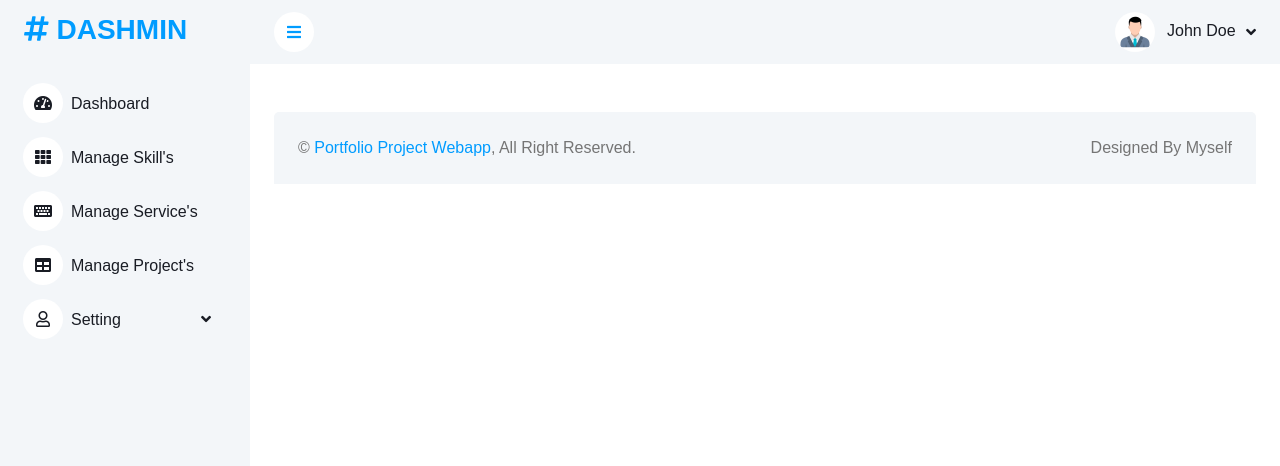
Repository: h4fizm/management-portfolio-project-webapp
Page: resources/views/menu/manage-user.blade.php
These files come from the project's save history. The page is drawn as it stood at one moment and after the next save; the edit follows.
The browser window is 1280 px wide. The pictures show the whole page.
Some web fonts or font styles are not loaded; a fallback is used. Some web libraries are served in a nearby version. The page is served by the project's Laravel application, run on PHP 8.4 with Laravel 12. Other server files are loaded and not shown. The template is opened directly, without the code that normally fills it, so the values that code supplies are empty.

Above is the page before, as saved 2025-01-15 03:15:41.
Console error: TypeError: Cannot read properties of undefined (reading 'getContext')

### routes/web.php
<?php

use Illuminate\Support\Facades\Route;
use App\Http\Controllers\AuthController;
use App\Http\Controllers\DashboardController;
use App\Http\Controllers\ProfileController;

Route::get('/', function () {
    return view('LandingPage');
});

Route::get('/login', [AuthController::class, 'showLoginPage'])->name('login.page');
Route::post('/login', [AuthController::class, 'login'])->name('login');

Route::get('/register', [AuthController::class, 'showRegisterPage'])->name('register.page');
Route::post('/register', [AuthController::class, 'register'])->name('register');

Route::post('/logout', [AuthController::class, 'logout'])->name('logout');

// Lindungi route dashboard dengan middleware auth
Route::get('/dashboard', [DashboardController::class, 'showMainPage'])->middleware('auth')->name('dashboard');
Route::get('/profile', [ProfileController::class, 'showProfilePage'])->middleware('auth')->name('profile');

### resources/views/menu/manage-user.blade.php
@extends('MainPage')
@section('title', 'Manage User')
@section('content')
<div class="container-fluid pt-4 px-4">

</div>
@endsection

### resources/views/MainPage.blade.php
<!DOCTYPE html>
<html lang="en">

<head>
    <meta charset="utf-8">
    <title>@yield('title')</title>
    <meta content="width=device-width, initial-scale=1.0" name="viewport">
    <meta content="" name="keywords">
    <meta content="" name="description">

    <!-- Favicon -->
    <link href="img/favicon.ico" rel="icon">

    <!-- Google Web Fonts -->
    <link rel="preconnect" href="https://fonts.googleapis.com">
    <link rel="preconnect" href="https://fonts.gstatic.com" crossorigin>
    <link href="https://fonts.googleapis.com/css2?family=Heebo:wght@400;500;600;700&display=swap" rel="stylesheet">

    <!-- Icon Font Stylesheet -->
    <link href="https://cdnjs.cloudflare.com/ajax/libs/font-awesome/5.10.0/css/all.min.css" rel="stylesheet">
    <link href="https://cdn.jsdelivr.net/npm/bootstrap-icons@1.4.1/font/bootstrap-icons.css" rel="stylesheet">

    <!-- Libraries Stylesheet -->
    <link href="{{ asset('DashPage/lib/owlcarousel/assets/owl.carousel.min.css')}}" rel="stylesheet">
    <link href="{{ asset('DashPage/lib/tempusdominus/css/tempusdominus-bootstrap-4.min.css')}}" rel="stylesheet" />

    <!-- Customized Bootstrap Stylesheet -->
    <link href="{{ asset('DashPage/css/bootstrap.min.css')}}" rel="stylesheet">

    <!-- Template Stylesheet -->
    <link href="{{ asset('DashPage/css/style.css')}}" rel="stylesheet">
</head>

<body>
    <div class="container-xxl position-relative bg-white d-flex p-0">
        <!-- Spinner Start -->
        <div id="spinner" class="show bg-white position-fixed translate-middle w-100 vh-100 top-50 start-50 d-flex align-items-center justify-content-center">
            <div class="spinner-border text-primary" style="width: 3rem; height: 3rem;" role="status">
                <span class="sr-only">Loading...</span>
            </div>
        </div>
        <!-- Spinner End -->


        <!-- Sidebar Start -->
        @include('partials.sidebar')
        <!-- Sidebar End -->


        <!-- Content Start -->
        <div class="content">
            <!-- Navbar Start -->
            @include('partials.header')
            <!-- Navbar End -->


            <!-- Main Content -->
             @yield('content')
            <!-- End Main Content -->

            <!-- Footer Start -->
             @include('partials.footer')
            <!-- Footer End -->
        </div>
        <!-- Content End -->


        <!-- Back to Top -->
        {{-- <a href="#" class="btn btn-lg btn-primary btn-lg-square back-to-top"><i class="bi bi-arrow-up"></i></a> --}}
    </div>

    <!-- JavaScript Libraries -->
    <script src="https://code.jquery.com/jquery-3.4.1.min.js"></script>
    <script src="https://cdn.jsdelivr.net/npm/bootstrap@5.0.0/dist/js/bootstrap.bundle.min.js"></script>
    <script src="{{ asset('DashPage/lib/chart/chart.min.js')}}"></script>
    <script src="{{ asset('DashPage/lib/easing/easing.min.js')}}"></script>
    <script src="{{ asset('DashPage/lib/waypoints/waypoints.min.js')}}"></script>
    <script src="{{ asset('DashPage/lib/owlcarousel/owl.carousel.min.js')}}"></script>
    <script src="{{ asset('DashPage/lib/tempusdominus/js/moment.min.js')}}"></script>
    <script src="{{ asset('DashPage/lib/tempusdominus/js/moment-timezone.min.js')}}"></script>
    <script src="{{ asset('DashPage/lib/tempusdominus/js/tempusdominus-bootstrap-4.min.js')}}"></script>

    <!-- Template Javascript -->
    <script src="{{ asset('DashPage/js/main.js')}}"></script>
</body>

</html>

### resources/views/partials/sidebar.blade.php
<div class="sidebar pe-4 pb-3">
    <nav class="navbar bg-light navbar-light">
        <a href="{{ route('dashboard') }}" class="navbar-brand mx-4 mb-3">
            <h3 class="text-primary"><i class="fa fa-hashtag me-2"></i>DASHMIN</h3>
        </a>
        <div class="navbar-nav w-100">
            <a href="{{ route('dashboard') }}" class="nav-item nav-link @if(Route::currentRouteName() == 'dashboard') active @endif">
                <i class="fa fa-tachometer-alt me-2"></i>Dashboard
            </a>
            <a href="#" class="nav-item nav-link">
                <i class="fa fa-th me-2"></i>Manage Skill's
            </a>
            <a href="#" class="nav-item nav-link">
                <i class="fa fa-keyboard me-2"></i>Manage Service's
            </a>
            <a href="#" class="nav-item nav-link">
                <i class="fa fa-table me-2"></i>Manage Project's
            </a>
            <div class="nav-item dropdown">
                <a href="#" class="nav-link dropdown-toggle" data-bs-toggle="dropdown">
                    <i class="far fa-user me-2"></i>Setting
                </a>
                <div class="dropdown-menu bg-transparent border-0">
                    <a href="#" class="dropdown-item">Manage User</a>
                    <a href="{{ route('profile') }}" class="dropdown-item @if(Route::currentRouteName() == 'profile') active @endif">My Profile</a>
                </div>
            </div>
        </div>
    </nav>
</div>

### resources/views/partials/header.blade.php
<nav class="navbar navbar-expand bg-light navbar-light sticky-top px-4 py-0">
    <a href="index.html" class="navbar-brand d-flex d-lg-none me-4">
        <h2 class="text-primary mb-0"><i class="fa fa-hashtag"></i></h2>
    </a>
    <a href="#" class="sidebar-toggler flex-shrink-0">
        <i class="fa fa-bars"></i>
    </a>
    <div class="navbar-nav align-items-center ms-auto">
        <div class="nav-item dropdown">
            <a href="#" class="nav-link dropdown-toggle" data-bs-toggle="dropdown">
                <img class="rounded-circle me-lg-2" src="{{ asset('DashPage/img/user.jpg') }}" alt="" style="width: 40px; height: 40px;">
                <span class="d-none d-lg-inline-flex">John Doe</span>
            </a>
            <div class="dropdown-menu dropdown-menu-end bg-light border-0 rounded-0 rounded-bottom m-0">
                <a href="#" class="dropdown-item">My Profile</a>
                <a href="#" class="dropdown-item" onclick="event.preventDefault(); document.getElementById('logout-form').submit();">
                    Log Out
                </a>
                <form id="logout-form" action="{{ route('logout') }}" method="POST" style="display: none;">
                    @csrf
                </form>
            </div>
        </div>
    </div>
</nav>

### resources/views/partials/footer.blade.php
<div class="container-fluid pt-4 px-4">
    <div class="bg-light rounded-top p-4">
        <div class="row">
            <div class="col-12 col-sm-6 text-center text-sm-start">
                &copy; <a href="">Portfolio Project Webapp</a>, All Right Reserved.
            </div>
            <div class="col-12 col-sm-6 text-center text-sm-end">
                <!--/*** This template is free as long as you keep the footer author’s credit link/attribution link/backlink. If you'd like to use the template without the footer author’s credit link/attribution link/backlink, you can purchase the Credit Removal License from "https://htmlcodex.com/credit-removal". Thank you for your support. ***/-->
                Designed By Myself</a>
            </div>
        </div>
    </div>
</div>

### public/DashPage/css/style.css
/********** Template CSS **********/
:root {
    --primary: #009CFF;
    --light: #F3F6F9;
    --dark: #191C24;
}

.back-to-top {
    position: fixed;
    display: none;
    right: 45px;
    bottom: 45px;
    z-index: 99;
}


/*** Spinner ***/
#spinner {
    opacity: 0;
    visibility: hidden;
    transition: opacity .5s ease-out, visibility 0s linear .5s;
    z-index: 99999;
}

#spinner.show {
    transition: opacity .5s ease-out, visibility 0s linear 0s;
    visibility: visible;
    opacity: 1;
}


/*** Button ***/
.btn {
    transition: .5s;
}

.btn.btn-primary {
    color: #FFFFFF;
}

.btn-square {
    width: 38px;
    height: 38px;
}

.btn-sm-square {
    width: 32px;
    height: 32px;
}

.btn-lg-square {
    width: 48px;
    height: 48px;
}

.btn-square,
.btn-sm-square,
.btn-lg-square {
    padding: 0;
    display: inline-flex;
    align-items: center;
    justify-content: center;
    font-weight: normal;
    border-radius: 50px;
}


/*** Layout ***/
.sidebar {
    position: fixed;
    top: 0;
    left: 0;
    bottom: 0;
    width: 250px;
    height: 100vh;
    overflow-y: auto;
    background: var(--light);
    transition: 0.5s;
    z-index: 999;
}

.content {
    margin-left: 250px;
    min-height: 100vh;
    background: #FFFFFF;
    transition: 0.5s;
}

@media (min-width: 992px) {
    .sidebar {
        margin-left: 0;
    }

    .sidebar.open {
        margin-left: -250px;
    }

    .content {
        width: calc(100% - 250px);
    }

    .content.open {
        width: 100%;
        margin-left: 0;
    }
}

@media (max-width: 991.98px) {
    .sidebar {
        margin-left: -250px;
    }

    .sidebar.open {
        margin-left: 0;
    }

    .content {
        width: 100%;
        margin-left: 0;
    }
}


/*** Navbar ***/
.sidebar .navbar .navbar-nav .nav-link {
    padding: 7px 20px;
    color: var(--dark);
    font-weight: 500;
    border-left: 3px solid var(--light);
    border-radius: 0 30px 30px 0;
    outline: none;
}

.sidebar .navbar .navbar-nav .nav-link:hover,
.sidebar .navbar .navbar-nav .nav-link.active {
    color: var(--primary);
    background: #FFFFFF;
    border-color: var(--primary);
}

.sidebar .navbar .navbar-nav .nav-link i {
    width: 40px;
    height: 40px;
    display: inline-flex;
    align-items: center;
    justify-content: center;
    background: #FFFFFF;
    border-radius: 40px;
}

.sidebar .navbar .navbar-nav .nav-link:hover i,
.sidebar .navbar .navbar-nav .nav-link.active i {
    background: var(--light);
}

.sidebar .navbar .dropdown-toggle::after {
    position: absolute;
    top: 15px;
    right: 15px;
    border: none;
    content: "\f107";
    font-family: "Font Awesome 5 Free";
    font-weight: 900;
    transition: .5s;
}

.sidebar .navbar .dropdown-toggle[aria-expanded=true]::after {
    transform: rotate(-180deg);
}

.sidebar .navbar .dropdown-item {
    padding-left: 25px;
    border-radius: 0 30px 30px 0;
}

.content .navbar .navbar-nav .nav-link {
    margin-left: 25px;
    padding: 12px 0;
    color: var(--dark);
    outline: none;
}

.content .navbar .navbar-nav .nav-link:hover,
.content .navbar .navbar-nav .nav-link.active {
    color: var(--primary);
}

.content .navbar .sidebar-toggler,
.content .navbar .navbar-nav .nav-link i {
    width: 40px;
    height: 40px;
    display: inline-flex;
    align-items: center;
    justify-content: center;
    background: #FFFFFF;
    border-radius: 40px;
}

.content .navbar .dropdown-toggle::after {
    margin-left: 6px;
    vertical-align: middle;
    border: none;
    content: "\f107";
    font-family: "Font Awesome 5 Free";
    font-weight: 900;
    transition: .5s;
}

.content .navbar .dropdown-toggle[aria-expanded=true]::after {
    transform: rotate(-180deg);
}

@media (max-width: 575.98px) {
    .content .navbar .navbar-nav .nav-link {
        margin-left: 15px;
    }
}


/*** Date Picker ***/
.bootstrap-datetimepicker-widget.bottom {
    top: auto !important;
}

.bootstrap-datetimepicker-widget .table * {
    border-bottom-width: 0px;
}

.bootstrap-datetimepicker-widget .table th {
    font-weight: 500;
}

.bootstrap-datetimepicker-widget.dropdown-menu {
    padding: 10px;
    border-radius: 2px;
}

.bootstrap-datetimepicker-widget table td.active,
.bootstrap-datetimepicker-widget table td.active:hover {
    background: var(--primary);
}

.bootstrap-datetimepicker-widget table td.today::before {
    border-bottom-color: var(--primary);
}


/*** Testimonial ***/
.progress .progress-bar {
    width: 0px;
    transition: 2s;
}


/*** Testimonial ***/
.testimonial-carousel .owl-dots {
    margin-top: 24px;
    display: flex;
    align-items: flex-end;
    justify-content: center;
}

.testimonial-carousel .owl-dot {
    position: relative;
    display: inline-block;
    margin: 0 5px;
    width: 15px;
    height: 15px;
    border: 5px solid var(--primary);
    border-radius: 15px;
    transition: .5s;
}

.testimonial-carousel .owl-dot.active {
    background: var(--dark);
    border-color: var(--primary);
}

### public/DashPage/js/main.js
(function ($) {
    "use strict";

    // Spinner
    var spinner = function () {
        setTimeout(function () {
            if ($('#spinner').length > 0) {
                $('#spinner').removeClass('show');
            }
        }, 1);
    };
    spinner();


    // Back to top button
    $(window).scroll(function () {
        if ($(this).scrollTop() > 300) {
            $('.back-to-top').fadeIn('slow');
        } else {
            $('.back-to-top').fadeOut('slow');
        }
    });
    $('.back-to-top').click(function () {
        $('html, body').animate({scrollTop: 0}, 1500, 'easeInOutExpo');
        return false;
    });


    // Sidebar Toggler
    $('.sidebar-toggler').click(function () {
        $('.sidebar, .content').toggleClass("open");
        return false;
    });


    // Progress Bar
    $('.pg-bar').waypoint(function () {
        $('.progress .progress-bar').each(function () {
            $(this).css("width", $(this).attr("aria-valuenow") + '%');
        });
    }, {offset: '80%'});


    // Calender
    $('#calender').datetimepicker({
        inline: true,
        format: 'L'
    });


    // Testimonials carousel
    $(".testimonial-carousel").owlCarousel({
        autoplay: true,
        smartSpeed: 1000,
        items: 1,
        dots: true,
        loop: true,
        nav : false
    });


    // Worldwide Sales Chart
    var ctx1 = $("#worldwide-sales").get(0).getContext("2d");
    var myChart1 = new Chart(ctx1, {
        type: "bar",
        data: {
            labels: ["2016", "2017", "2018", "2019", "2020", "2021", "2022"],
            datasets: [{
                    label: "USA",
                    data: [15, 30, 55, 65, 60, 80, 95],
                    backgroundColor: "rgba(0, 156, 255, .7)"
                },
                {
                    label: "UK",
                    data: [8, 35, 40, 60, 70, 55, 75],
                    backgroundColor: "rgba(0, 156, 255, .5)"
                },
                {
                    label: "AU",
                    data: [12, 25, 45, 55, 65, 70, 60],
                    backgroundColor: "rgba(0, 156, 255, .3)"
                }
            ]
            },
        options: {
            responsive: true
        }
    });


    // Salse & Revenue Chart
    var ctx2 = $("#salse-revenue").get(0).getContext("2d");
    var myChart2 = new Chart(ctx2, {
        type: "line",
        data: {
            labels: ["2016", "2017", "2018", "2019", "2020", "2021", "2022"],
            datasets: [{
                    label: "Salse",
                    data: [15, 30, 55, 45, 70, 65, 85],
                    backgroundColor: "rgba(0, 156, 255, .5)",
                    fill: true
                },
                {
                    label: "Revenue",
                    data: [99, 135, 170, 130, 190, 180, 270],
                    backgroundColor: "rgba(0, 156, 255, .3)",
                    fill: true
                }
            ]
            },
        options: {
            responsive: true
        }
    });



    // Single Line Chart
    var ctx3 = $("#line-chart").get(0).getContext("2d");
    var myChart3 = new Chart(ctx3, {
        type: "line",
        data: {
            labels: [50, 60, 70, 80, 90, 100, 110, 120, 130, 140, 150],
            datasets: [{
                label: "Salse",
                fill: false,
                backgroundColor: "rgba(0, 156, 255, .3)",
                data: [7, 8, 8, 9, 9, 9, 10, 11, 14, 14, 15]
            }]
        },
        options: {
            responsive: true
        }
    });


    // Single Bar Chart
    var ctx4 = $("#bar-chart").get(0).getContext("2d");
    var myChart4 = new Chart(ctx4, {
        type: "bar",
        data: {
            labels: ["Italy", "France", "Spain", "USA", "Argentina"],
            datasets: [{
                backgroundColor: [
                    "rgba(0, 156, 255, .7)",
                    "rgba(0, 156, 255, .6)",
                    "rgba(0, 156, 255, .5)",
                    "rgba(0, 156, 255, .4)",
                    "rgba(0, 156, 255, .3)"
                ],
                data: [55, 49, 44, 24, 15]
            }]
        },
        options: {
            responsive: true
        }
    });


    // Pie Chart
    var ctx5 = $("#pie-chart").get(0).getContext("2d");
    var myChart5 = new Chart(ctx5, {
        type: "pie",
        data: {
            labels: ["Italy", "France", "Spain", "USA", "Argentina"],
            datasets: [{
                backgroundColor: [
                    "rgba(0, 156, 255, .7)",
                    "rgba(0, 156, 255, .6)",
                    "rgba(0, 156, 255, .5)",
                    "rgba(0, 156, 255, .4)",
                    "rgba(0, 156, 255, .3)"
                ],
                data: [55, 49, 44, 24, 15]
            }]
        },
        options: {
            responsive: true
        }
    });


    // Doughnut Chart
    var ctx6 = $("#doughnut-chart").get(0).getContext("2d");
    var myChart6 = new Chart(ctx6, {
        type: "doughnut",
        data: {
            labels: ["Italy", "France", "Spain", "USA", "Argentina"],
            datasets: [{
                backgroundColor: [
                    "rgba(0, 156, 255, .7)",
                    "rgba(0, 156, 255, .6)",
                    "rgba(0, 156, 255, .5)",
                    "rgba(0, 156, 255, .4)",
                    "rgba(0, 156, 255, .3)"
                ],
                data: [55, 49, 44, 24, 15]
            }]
        },
        options: {
            responsive: true
        }
    });


})(jQuery);

Loaded but not shown: public/DashPage/lib/owlcarousel/assets/owl.carousel.min.css (common file); public/DashPage/lib/tempusdominus/css/tempusdominus-bootstrap-4.min.css (library); public/DashPage/css/bootstrap.min.css (library); public/DashPage/lib/chart/chart.min.js (library); public/DashPage/lib/easing/easing.min.js (common file); public/DashPage/lib/waypoints/waypoints.min.js (library); public/DashPage/lib/owlcarousel/owl.carousel.min.js (library); public/DashPage/lib/tempusdominus/js/moment.min.js (library); public/DashPage/lib/tempusdominus/js/moment-timezone.min.js (library); public/DashPage/lib/tempusdominus/js/tempusdominus-bootstrap-4.min.js (library)

After the next save:
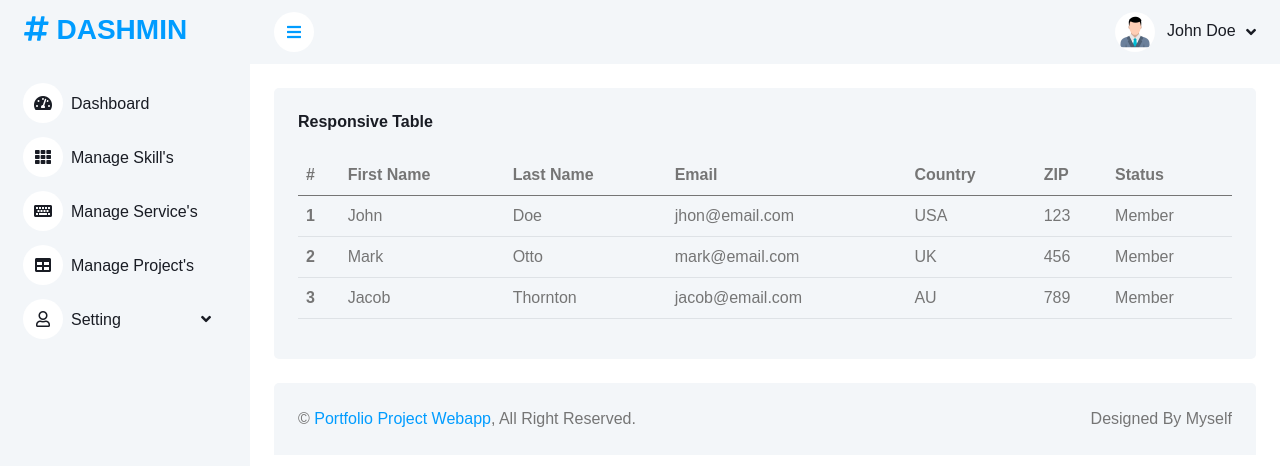
Saved 44 s later.
--- a/resources/views/menu/manage-user.blade.php
+++ b/resources/views/menu/manage-user.blade.php
@@ -2,6 +2,54 @@
 @section('title', 'Manage User')
 @section('content')
 <div class="container-fluid pt-4 px-4">
-
+  <div class="col-12">
+                        <div class="bg-light rounded h-100 p-4">
+                            <h6 class="mb-4">Responsive Table</h6>
+                            <div class="table-responsive">
+                                <table class="table">
+                                    <thead>
+                                        <tr>
+                                            <th scope="col">#</th>
+                                            <th scope="col">First Name</th>
+                                            <th scope="col">Last Name</th>
+                                            <th scope="col">Email</th>
+                                            <th scope="col">Country</th>
+                                            <th scope="col">ZIP</th>
+                                            <th scope="col">Status</th>
+                                        </tr>
+                                    </thead>
+                                    <tbody>
+                                        <tr>
+                                            <th scope="row">1</th>
+                                            <td>John</td>
+                                            <td>Doe</td>
+                                            <td>jhon@email.com</td>
+                                            <td>USA</td>
+                                            <td>123</td>
+                                            <td>Member</td>
+                                        </tr>
+                                        <tr>
+                                            <th scope="row">2</th>
+                                            <td>Mark</td>
+                                            <td>Otto</td>
+                                            <td>mark@email.com</td>
+                                            <td>UK</td>
+                                            <td>456</td>
+                                            <td>Member</td>
+                                        </tr>
+                                        <tr>
+                                            <th scope="row">3</th>
+                                            <td>Jacob</td>
+                                            <td>Thornton</td>
+                                            <td>jacob@email.com</td>
+                                            <td>AU</td>
+                                            <td>789</td>
+                                            <td>Member</td>
+                                        </tr>
+                                    </tbody>
+                                </table>
+                            </div>
+                        </div>
+                    </div>
 </div>
 @endsection
